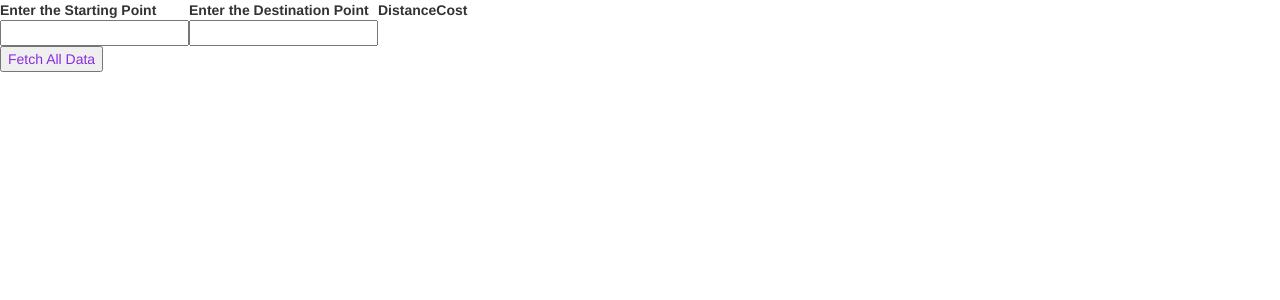
Repository: Gundeep-repos/407ETR_Assignment
Page: http://localhost/407ETR_Gundeep_Singh_assignment/
The author's editor kept a copy of each file at every save. The page is drawn from the files as they stood at one save, then again after the next save.
The browser window is 1280 px wide. The pictures show the whole page.
The page is served by Tomcat 9.

Above is the page before, as saved 2021-07-04 00:27:30.

After the next save:
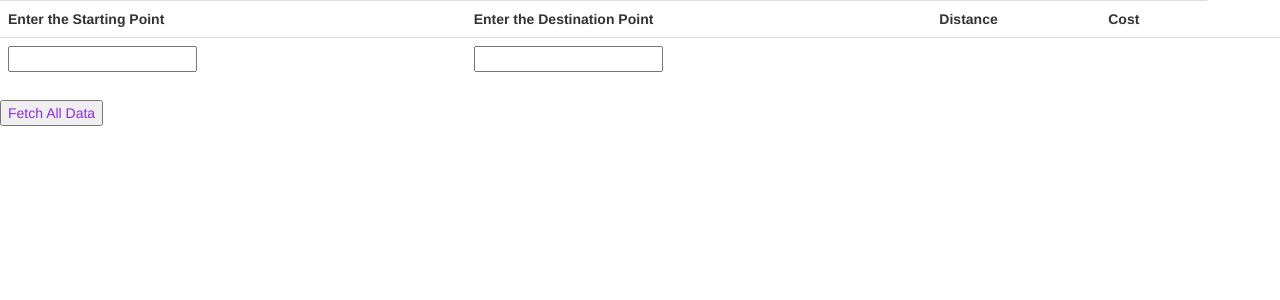
Saved 14 h 17 min later.
--- a/407ETR_Gundeep_Singh_assignment/WebContent/index.jsp
+++ b/407ETR_Gundeep_Singh_assignment/WebContent/index.jsp
@@ -13,8 +13,6 @@
 
 
 function go2(){
-
-	var ans = "";
 
 	var xhr = new XMLHttpRequest;
 
@@ -49,28 +47,8 @@
                 document.getElementById("distance").innerHTML=mainObj["tripDistance"]+" kms";
                 document.getElementById("cost").innerHTML=mainObj["costOfTrip"]+" CAD";
     	}
-        //if (xhr.readyState === 4 && xhr.status == 200)
-        //{
-          //  var res = xhr.responseText.trim();
-        //    if (res == "success")
-           // {
-         //       alert("category added successfuly.");
-            //    document.getElementById("lb1").innerHTML = "Category Successfuly Added";
-         //       document.getElementById("lb1").style.color = "green";
-        //        document.getElementById("form1").reset();
-          //      document.getElementById("im1").src = "";
-      //      } else
-    //        {
-   //             document.getElementById("lb1").innerHTML = "Unsuccessful"
-  //              document.getElementById("lb1").style.color = "red";
-//
-  //          }
-//        } -->
+
     };
-
-
-
-
 
     	xhr.send("Sent dete");
 
@@ -83,7 +61,7 @@
 <body>
 
 <div style="center">
-<table>
+<table class="table">
 <tr>
 <th>Enter the Starting Point</th>
 <th>Enter the Destination Point</th>

After the save that followed:
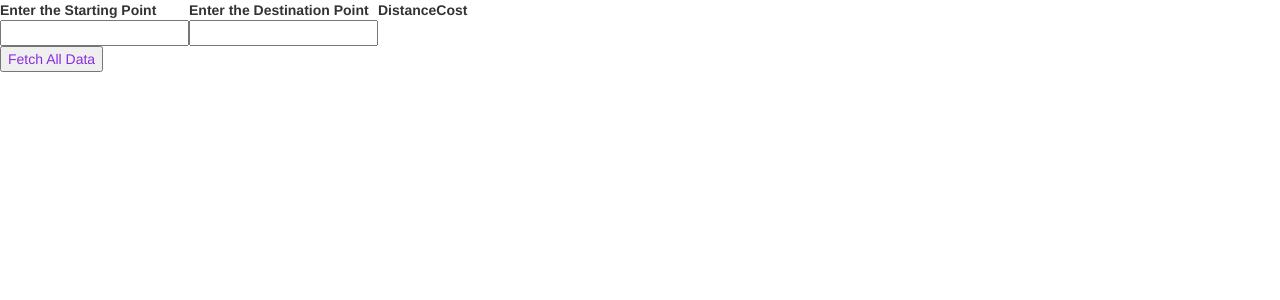
Saved 39 s later.
--- a/407ETR_Gundeep_Singh_assignment/WebContent/index.jsp
+++ b/407ETR_Gundeep_Singh_assignment/WebContent/index.jsp
@@ -61,7 +61,7 @@
 <body>
 
 <div style="center">
-<table class="table">
+<table class="table-dark">
 <tr>
 <th>Enter the Starting Point</th>
 <th>Enter the Destination Point</th>
